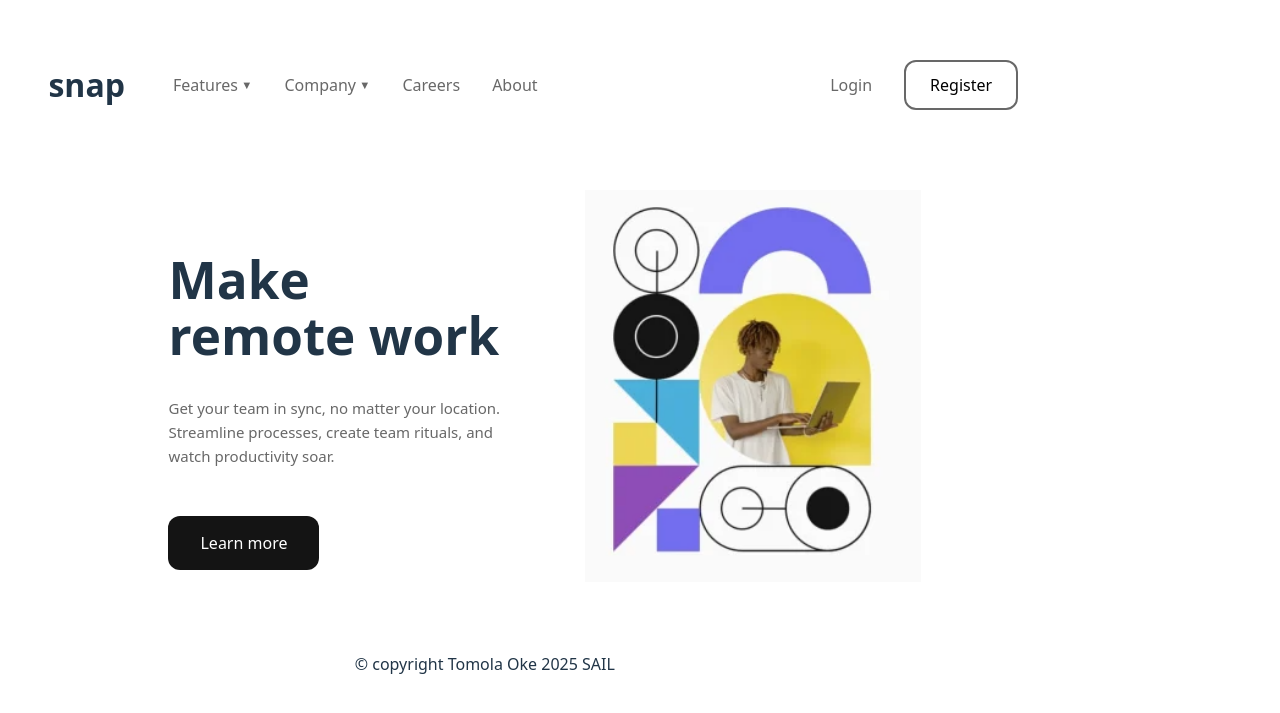
Repository: tomolaoke/SNAP
Page: /
An editor plug-in stored every save of this project. The page is shown before and after the next save, followed by the edit.
The browser window is 1280 px wide. The pictures show the whole page.
The project was rebuilt for these pictures with package versions that can differ from the ones it lists, and the page was loaded fresh each time. Also part of the build but not shown: vite.config.js, src/components/footer/Footer.css.

Above is the page before, as saved 2025-06-21 22:08:08.

After the next save:
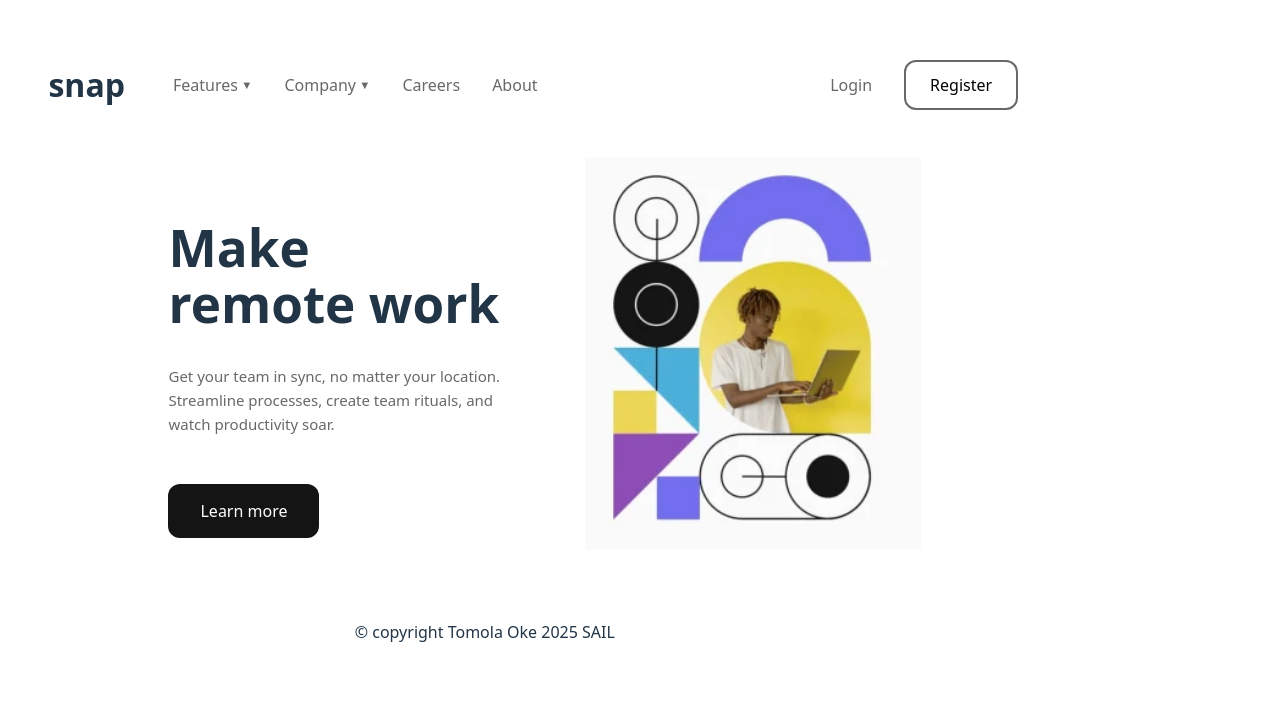
Saved 53 s later.
--- a/src/components/header/Header.css
+++ b/src/components/header/Header.css
@@ -2,7 +2,7 @@
   display: flex;
   justify-content: space-between;
   align-items: center;
-  padding: 2rem 5%;
+  padding: 0 5%; /* Remove top and bottom padding */
   max-width: 1440px;
   margin: 0 auto;
   width: 100%;
